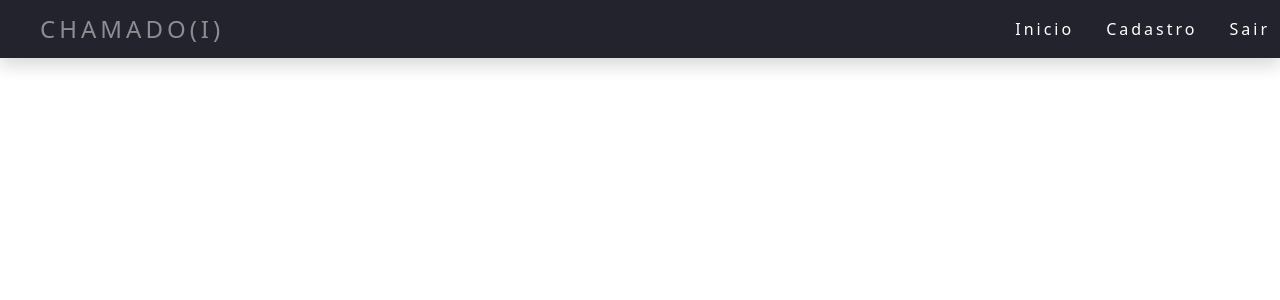
Repository: isaquemc2001/isaque-utilities
Page: index.html
The author's editor kept a copy of each file at every save. The page is drawn from the files as they stood at one save, then again after a run of saves.
The browser window is 1280 px wide. The pictures show the whole page.

Above is the page before, as saved 2021-10-28 11:56:15.

### index.html
<!DOCTYPE html>
<html lang="pt-br">

<head>
    <meta charset="UTF-8">
    <meta http-equiv="X-UA-Compatible" content="IE=edge">
    <meta name="viewport" content="width=device-width, initial-scale=1.0">
    <title>Chamado</title>
    <script src="https://cdn.jsdelivr.net/npm/bootstrap@5.0.2/dist/js/bootstrap.bundle.min.js"
        integrity="sha384-MrcW6ZMFYlzcLA8Nl+NtUVF0sA7MsXsP1UyJoMp4YLEuNSfAP+JcXn/tWtIaxVXM"
        crossorigin="anonymous"></script>
    <link href="https://cdn.jsdelivr.net/npm/bootstrap@5.0.2/dist/css/bootstrap.min.css" rel="stylesheet"
        integrity="sha384-EVSTQN3/azprG1Anm3QDgpJLIm9Nao0Yz1ztcQTwFspd3yD65VohhpuuCOmLASjC" crossorigin="anonymous">
    <link rel="stylesheet" href="style.css">
</head>

<body>

    <header>
        <nav class="shadow">
            <a class="logo" href="#">Chamado(i)</a>
            <div class="mobile-menu">
                <div class="line1"></div>
                <div class="line2"></div>
                <div class="line3"></div>
            </div>
            <ul class="nav-list">
                <li><a href="#" class="mt-3 d-flex">Inicio</a></li>
                <li><a href="#" class="mt-3 d-flex">Cadastro</a></li>
                <li><a href="#" class="mt-3 d-flex">Sair</a></li>
            </ul>
        </nav>
    </header>



    <script src="mobile_navbar.js"></script>

</body>

</html>

### style.css
* {
    margin: 0;
    padding: 0;
}

a {
    color: #FFFFFF;
    text-decoration: none;
    transition: 0.3s;
}

a:hover {
    opacity: 0.6;
    color: #d3d3d3;
}

.logo {
    font-size: 24px;
    text-transform: uppercase;
    letter-spacing: 4px;
    padding: 40px;
}

nav {
    display: flex;
    justify-content: space-between;
    align-items: center;
    font-family: system-ui, -apple-system, Helvetica, Arial, sans-serif;
    background: #23232e;
    height: 8vh;
}

main {
    background: url("bg.jpg") no-repeat center center;
    background-size: cover;
    height: 92vh;
}

.nav-list {
    list-style: none;
    display: flex;
    padding: 10px;
}

.nav-list li {
    letter-spacing: 3px;
    margin-left: 32px;
}

.mobile-menu {
    display: none;
    cursor: pointer;
}

.mobile-menu div {
    width: 32px;
    height: 2px;
    background: #fff;
    margin: 8px;
    transition: 0.3s;
}

@media (max-width: 999px) {
    body {
        overflow-x: hidden;
    }
    .nav-list {
        position: absolute;
        top: 8vh;
        right: 0;
        width: 50vw;
        height: 92vh;
        background: #23232e;
        flex-direction: column;
        align-items: center;
        transform: translate(100%);
        transition: transform 0.3s ease-in;
    }
    .nav-list li {
        margin-left: 0;
        opacity: 0;
        letter-spacing: 3px;
        margin-top: 32px;
    }
    .mobile-menu {
        display: block;
        padding: 25px;
    }
}

.nav-list.active {
    transform: translateX(0);
}

@keyframes navLinkFade {
    from {
        opacity: 0;
        transform: translateX(50px);
    }

    to {
        opacity: 1;
        transform: translateX(0);
    }
}

.mobile-menu.active .line1 {
    transform: rotate(-45deg) translate(-8px, 8px);
}

.mobile-menu.active .line2 {
    opacity: 0;
}

.mobile-menu.active .line3 {
    transform: rotate(45deg) translate(-6px, -6px);
}

### mobile_navbar.js
class MobileNavbar {
    constructor(mobileMenu, navList, navLinks) {
        this.mobileMenu = document.querySelector(mobileMenu);
        this.navList = document.querySelector(navList);
        this.navLinks = document.querySelectorAll(navLinks);
        this.activeClass = "active";

        this.handleClick = this.handleClick.bind(this);
    }

    animateLinks() {
        this.navLinks.forEach((link, index) => {
            link.style.animation
            ? (link.style.animation = "")
            : (link.style.animation = 'navLinkFade 0.5s ease forwards 0.3s');
        });
    }

    handleClick() {
        this.navList.classList.toggle(this.activeClass);
        this.mobileMenu.classList.toggle(this.activeClass);
        this.animateLinks();
    }

    addClickEvent() {
        this.mobileMenu.addEventListener("click", this.handleClick);
    }

    init() {
        if (this.mobileMenu) {
            this.addClickEvent();
        }
        return this;
    }
}

const mobileNavbar = new MobileNavbar(
    ".mobile-menu",
    ".nav-list",
    ".nav-list li",
);

mobileNavbar.init();

After the next 2 saves:
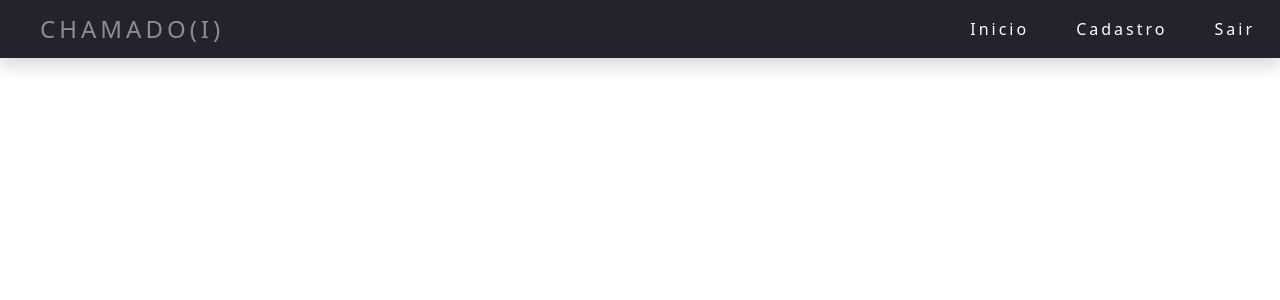
The 2 saves are shown as one change because they came seconds apart.
The last was saved 31 s later.
--- a/style.css
+++ b/style.css
@@ -45,6 +45,7 @@ main {
 .nav-list li {
     letter-spacing: 3px;
     margin-left: 32px;
+    margin-right: 15px;
 }
 
 .mobile-menu {
